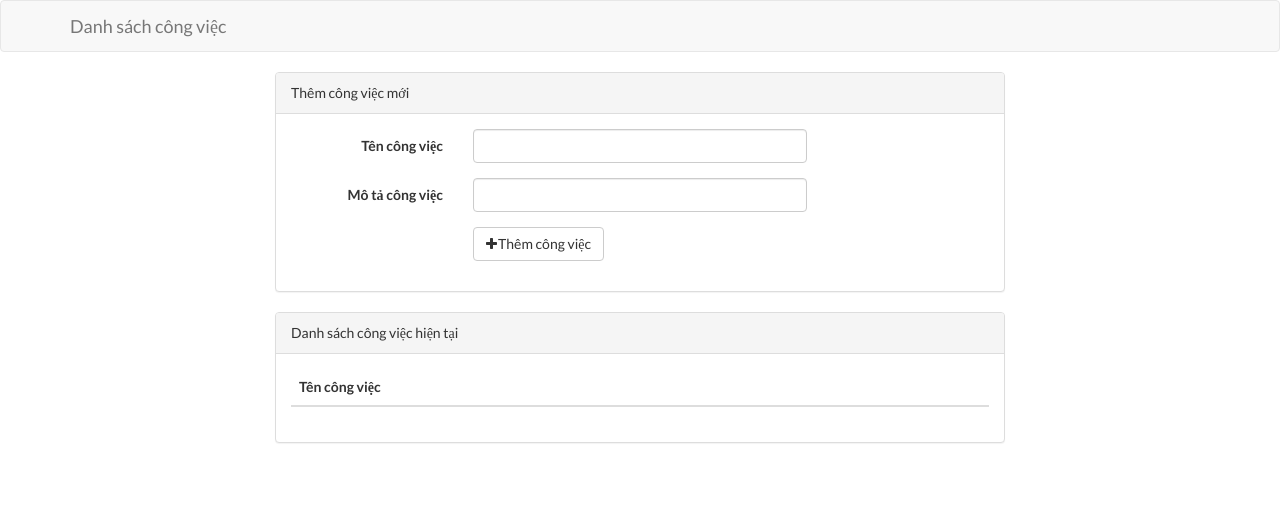
Repository: pvdrh/Laravel_Todo
Page: http://localhost/frontend/task
An editor plug-in stored every save of this project. The page is shown before and after the next save, followed by the edit.
The browser window is 1280 px wide. The pictures show the whole page.
Some web libraries are served in a nearby version. The page is served by the project's Laravel application, run on PHP 8.4 with Laravel 8. Other server files are loaded and not shown. Queries for data that is not in the repository find no rows.

Above is the page before, as saved 2020-10-17 23:48:50.

### routes/web.php
<?php

use App\Http\Controllers\Frontend\TaskController;
use Illuminate\Support\Facades\Route;

/*
|--------------------------------------------------------------------------
| Web Routes
|--------------------------------------------------------------------------
|
| Here is where you can register web routes for your application. These
| routes are loaded by the RouteServiceProvider within a group which
| contains the "web" middleware group. Now create something great!
|
*/

Route::get('/', function () {
    return view('welcome');
});

 Route::get('/',
    [\App\Http\Controllers\HomeController::class, 'index']
);
// Route::prefix('task')
// ->group(function(){
//     Route::get('/create', [
//         \App\Http\Controllers\Task\TaskController::class, 'create'])
//         ->name('tasks.create');

//     Route::get('/edit', [
//         \App\Http\Controllers\Task\TaskController::class, 'create'])
//         ->name('tasks.edit');

//     Route::get('/list', [
//         \App\Http\Controllers\Task\TaskController::class, 'create'])
//         ->name('tasks.list');
// });

// Route::resource('frontend/task', \Frontend\TaskController::class);
// Route::get('frontend/task', 'TaskController@index');

Route::prefix('frontend/task')
->group(function(){
    Route::get('/',[TaskController::class, 'index'])->name('task.index');
    Route::get('/{id}',[TaskController::class, 'show'])->name('task.show');
    Route::get('/{id}/edit',[TaskController::class, 'edit'])->name('task.edit');
    Route::delete('/destroy/{id}',[TaskController::class, 'destroy'])->name('task.delete');
    Route::put('/update/{id}',[TaskController::class, 'update'])->name('task.update');
    Route::post('/store',[TaskController::class, 'store'])->name('task.store');
    Route::get('/create',[TaskController::class, 'create'])->name('task.create');
    Route::get('/complete/{id}',[TaskController::class, 'complete'])->name('task.complete');
    Route::get('/reComplete/{id}',[TaskController::class, 'reComplete'])->name('task.reComplete');

});

### app/Http/Controllers/Frontend/TaskController.php
<?php

namespace App\Http\Controllers\Frontend;

use App\Http\Controllers\Controller;
use Illuminate\Http\Request;
use App\Models\Task;

class TaskController extends Controller
{
    /**
     * Display a listing of the resource.
     *
     * @return \Illuminate\Http\Response
     */
    public function index()
    {
        $tasks = Task::all();
        // ->orderBy('name', 'desc')
        // ->take(5)
        // ->get();

        return view('tasks.list', [
            'tasks'=>$tasks
        ]);
    }

    /**
     * Show the form for creating a new resource.
     *
     * @return \Illuminate\Http\Response
     */
    public function create()
    {

        return view('tasks.create');
    }

    /**
     * Store a newly created resource in storage.
     *
     * @param  \Illuminate\Http\Request  $request
     * @return \Illuminate\Http\Response
     */
    public function store(Request $request)
    {

        $task = new Task();
        $task->name = $request->name;
        $task->status = 0;
        $task->save();

        return redirect()->route('task.index');

        // $name = $request->only('name');
        // $deadline = $request->only('deadline');

        // dd($name,$deadline);
    }

    /**
     * Display the specified resource.
     *
     * @param  int  $id
     * @return \Illuminate\Http\Response
     */
    public function show($id)
    {
        $task = Task::find($id);
        dd($task);
    }

    /**
     * Show the form for editing the specified resource.
     *
     * @param  int  $id
     * @return \Illuminate\Http\Response
     */
    public function edit($id)
    {
        $name = 'Duy';
        return view('tasks.edit');
    }

    /**
     * Update the specified resource in storage.
     *
     * @param  \Illuminate\Http\Request  $request
     * @param  int  $id
     * @return \Illuminate\Http\Response
     */
    public function update(Request $request, $id)
    {
        //
    }

    /**
     * Remove the specified resource from storage.
     *
     * @param  int  $id
     * @return \Illuminate\Http\Response
     */
    public function destroy($id)
    {
        $task = Task::find($id);
        $task->delete();
        return redirect()->route('task.index');
    }

    public function complete($id)
    {
        dd($id);
    }

    public function reComplete($id)
    {
        dd($id);
    }

}

### app/Models/Task.php
<?php

namespace App\Models;

use Illuminate\Database\Eloquent\Factories\HasFactory;
use Illuminate\Database\Eloquent\Model;

class Task extends Model
{
    use HasFactory;
    protected $table = 'tasks';
}

### resources/views/tasks/list.blade.php
<!DOCTYPE html>
<html lang="en">
<head>
    <meta charset="utf-8">
    <meta http-equiv="X-UA-Compatible" content="IE=edge">
    <meta name="viewport" content="width=device-width, initial-scale=1">

    <title>Laravel Todo - Basic</title>

    <!-- Fonts -->
    <link href="https://cdnjs.cloudflare.com/ajax/libs/font-awesome/4.4.0/css/font-awesome.min.css" rel='stylesheet' type='text/css'>
    <link href="https://fonts.googleapis.com/css?family=Lato:100,300,400,700" rel='stylesheet' type='text/css'>

    <!-- Styles -->
    <link href="https://maxcdn.bootstrapcdn.com/bootstrap/3.3.6/css/bootstrap.min.css" rel="stylesheet">
    {{-- <link href="{{ elixir('css/app.css') }}" rel="stylesheet"> --}}

    <style>
        body {
            font-family: 'Lato';
        }
        .fa-btn {
            margin-right: 1px;
        }
        .task-table tbody tr td:nth-child(2){
            width: 120px;
        }
        .task-table tbody tr td:nth-child(3){
            width: 100px;
        }
    </style>
</head>
<body id="app-layout">
<nav class="navbar navbar-default">
    <div class="container">
        <div class="navbar-header">

            <!-- Branding Image -->
            <a class="navbar-brand" href="{{ url('/') }}">
                Danh sách công việc
            </a>
        </div>





     </div>
</nav>




<div class="container">
    <div class="col-sm-offset-2 col-sm-8">
        <div class="panel panel-default">
            <div class="panel-heading">
                Thêm công việc mới
            </div>

            <div class="panel-body">
                <!-- Display Validation Errors -->

                <!-- New Task Form -->
                 <form action="{{ route('task.store')}}" method="POST" class="form-horizontal">
                {{ csrf_field() }}

                <!-- Task Name -->
                    <div class="form-group">
                        <label for="task-name" class="col-sm-3 control-label">Tên công việc</label>
                        <div class="col-sm-6">
                            <input type="text" name="name" id="task-name" class="form-control" value="{{ old('task') }}">
                        </div>
                    </div>

                    <div class="form-group">
                        <label for="task-name" class="col-sm-3 control-label">Mô tả công việc</label>
                        <div class="col-sm-6">
                            <input type="text" name="name" id="task-name" class="form-control" value="{{ old('task') }}">
                    </div>
                    </div>

                    <!-- Add Task Button -->
                    <div class="form-group">
                        <div class="col-sm-offset-3 col-sm-6">
                            <button type="submit" class="btn btn-default">
                                <i class="fa fa-btn fa-plus"></i>Thêm công việc
                            </button>
                        </div>
                    </div>
                </form>
            </div>
        </div>

        <!-- Current Tasks -->
        <div class="panel panel-default">
            <div class="panel-heading">
                Danh sách công việc hiện tại
            </div>

            <div class="panel-body">
                <table class="table table-striped task-table">
                    <thead>
                    <th>Tên công việc</th>
                    <th>&nbsp;</th>
                    </thead>
                    <tbody>
                        @foreach ($tasks as $task)
                        <tr>
                            <td class="table-text"><div>{{$task->name}}</div></td>
                            <!-- Task Complete Button -->
                            <td>
                                <a href="{{ route('task.complete',$task['id']) }}" type="submit" class="btn btn-success">
                                    <i class="fa fa-btn fa-check"></i>Hoàn thành
                                </a>
                            </td>
                            <!-- Task Recomplete Button -->
                            <td>
                                <a href="{{ route('task.reComplete',$task['id']) }}" type="submit" class="btn btn-success">
                                    <i class="fa fa-btn fa-check"></i>Làm Lại
                                </a>
                            </td>
                            <!-- Task Delete Button -->
                             <td>
                                <form action="{{ route('task.delete',$task['id']) }}" method="POST">
                                    {{ csrf_field() }}
                                    {{ method_field('DELETE') }}

                                    <button type="submit" class="btn btn-danger">
                                        <i class="fa fa-btn fa-trash"></i>Xoá
                                    </button>
                                </form>
                            </td>
                        </tr>
                        @endforeach



                    </tbody>
                </table>
            </div>
        </div>
    </div>
</div>

<!-- JavaScripts -->
<script src="https://cdnjs.cloudflare.com/ajax/libs/jquery/2.1.4/jquery.min.js"></script>
<script src="https://maxcdn.bootstrapcdn.com/bootstrap/3.3.6/js/bootstrap.min.js"></script>
{{-- <script src="{{ elixir('js/app.js') }}"></script> --}}
</body>
</html>

Loaded but not shown: app/Providers/AppServiceProvider.php (common file); app/Http/Controllers/Controller.php (common file)

After the next save:
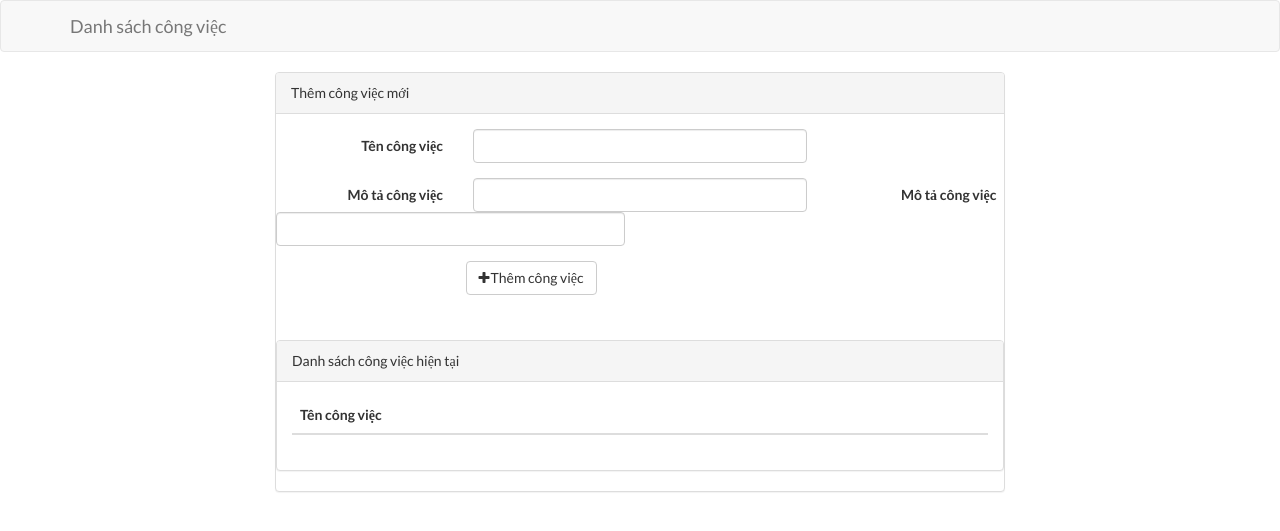
Saved 5 s later.
--- a/resources/views/tasks/list.blade.php
+++ b/resources/views/tasks/list.blade.php
@@ -78,6 +78,12 @@
                         <div class="col-sm-6">
                             <input type="text" name="name" id="task-name" class="form-control" value="{{ old('task') }}">
                     </div>
+
+                    <div class="form-group">
+                        <label for="task-name" class="col-sm-3 control-label">Mô tả công việc</label>
+                        <div class="col-sm-6">
+                            <input type="text" name="name" id="task-name" class="form-control" value="{{ old('task') }}">
+                    </div>
                     </div>
 
                     <!-- Add Task Button -->
